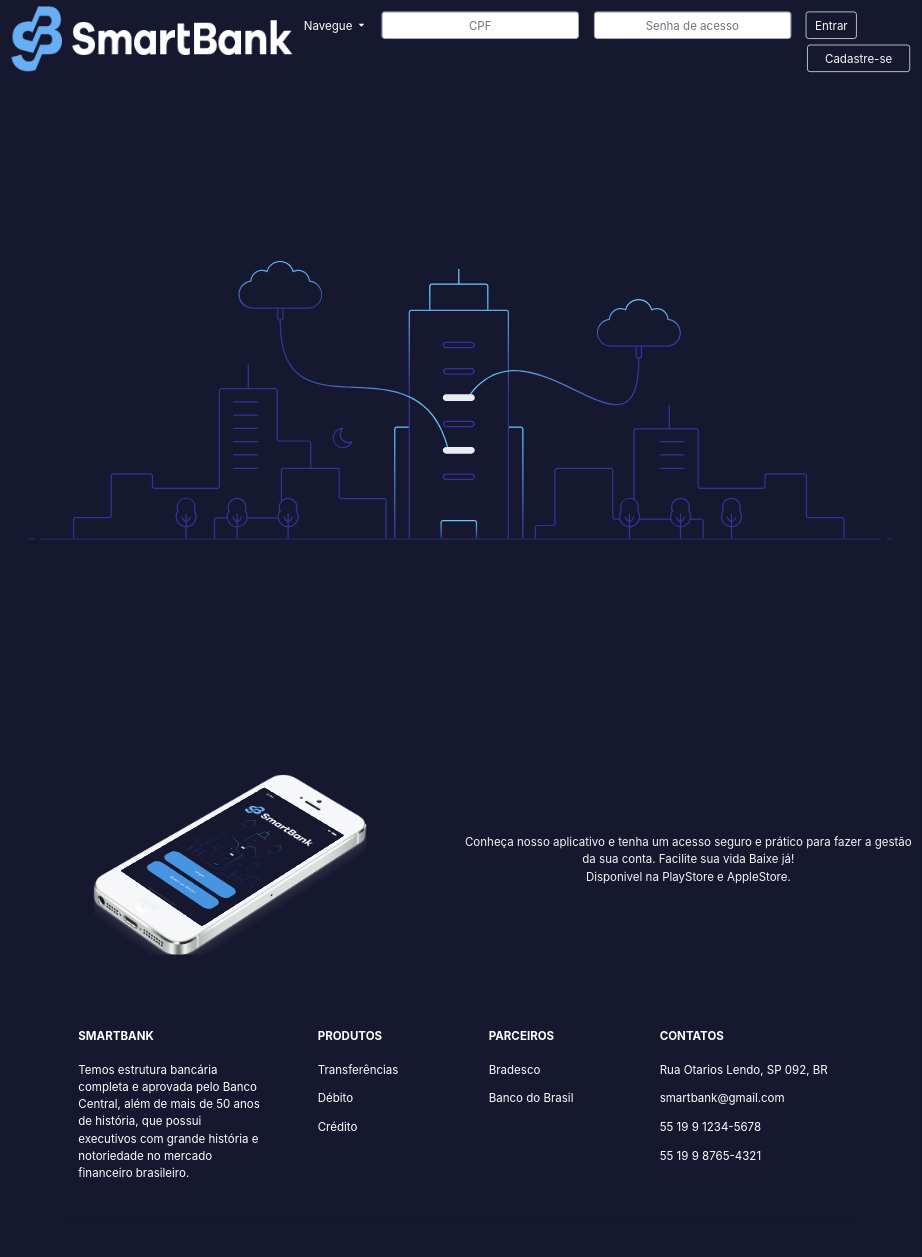
Repository: davitolentino/Mini-Projeto-SmartBank
Page: http://localhost/SmartBank/home.jsp
The author's editor kept a copy of each file at every save. The page is drawn from the files as they stood at one save, then again after the next save.
The browser window is 1280 px wide. The pictures show the whole page, at 72% of full size.
The page is served by Tomcat 9.

Above is the page before, as saved 2020-03-04 13:22:04.

After the next save:
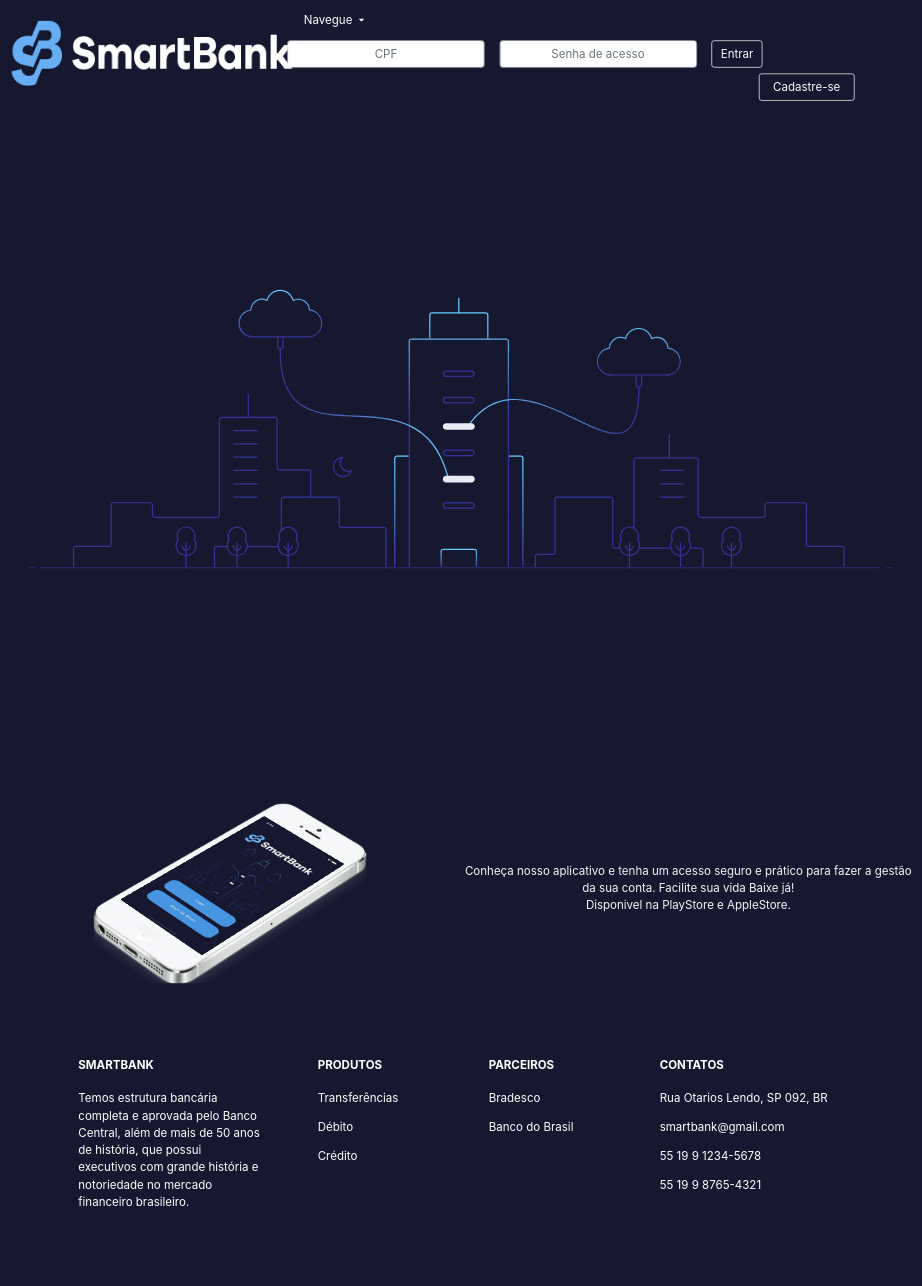
Saved 32 s later.
--- a/frontend/SmartBank/WebContent/home.jsp
+++ b/frontend/SmartBank/WebContent/home.jsp
@@ -333,7 +333,7 @@
 							</div>
 						</div>
 					</div>
-
+					<div class="row">
 					<div>
 						<%if(whois.equals("{\"nobody\":"+nb+"}")){ %>
 							<form method="post" action="#">
@@ -354,6 +354,7 @@
 					<%if(whois.equals("{\"nobody\":"+nb+"}")){ %>
 					<button type="button" class="btn btn-outline-light form-control ml-auto col-2" data-toggle="modal" data-target="#ModalCadastro" id="Letreiro">Cadastre-se</button>
 					<%} %>
+					</div>
 				</div>
 			</div>
 		</nav>

After the save that followed:
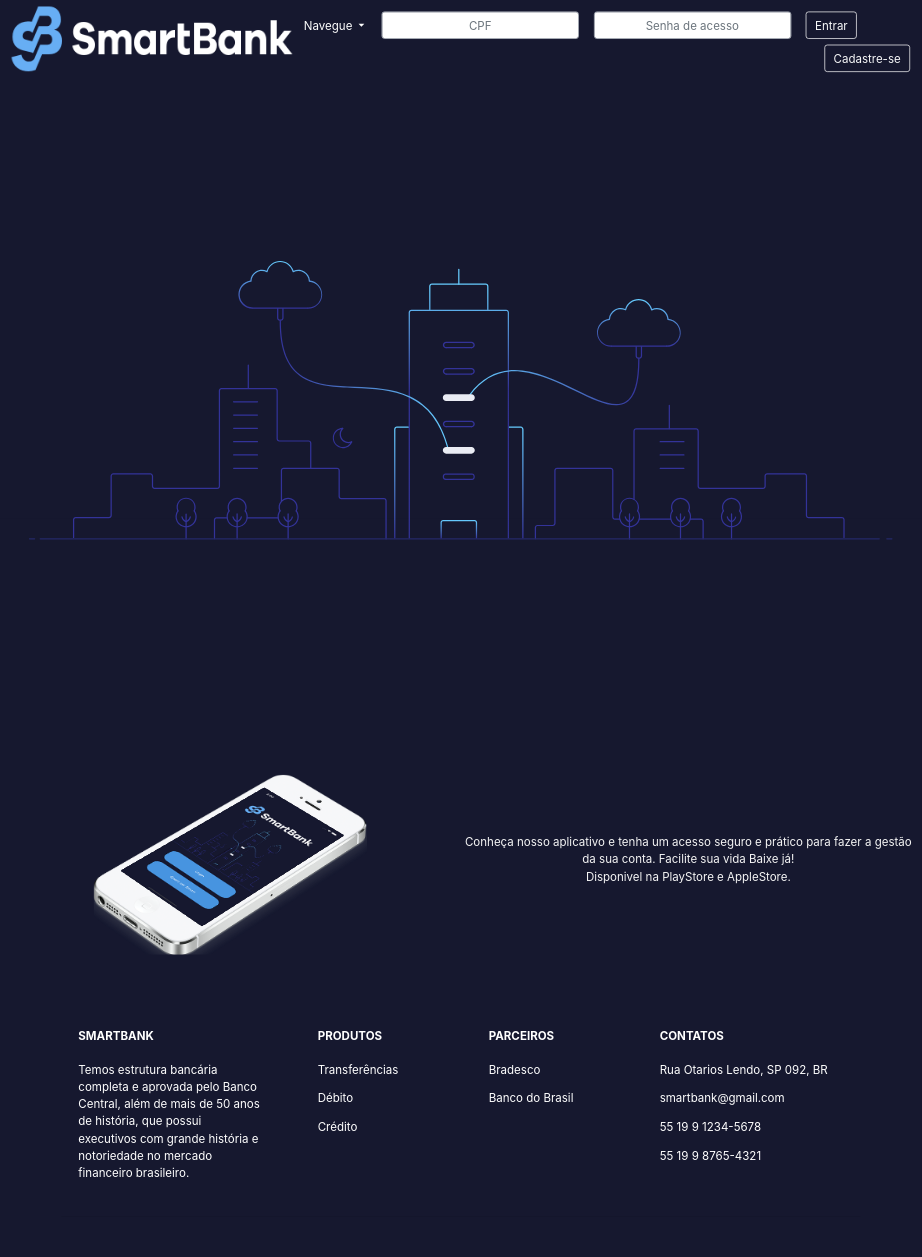
Saved 24 s later.
--- a/frontend/SmartBank/WebContent/home.jsp
+++ b/frontend/SmartBank/WebContent/home.jsp
@@ -333,7 +333,7 @@
 							</div>
 						</div>
 					</div>
-					<div class="row">
+
 					<div>
 						<%if(whois.equals("{\"nobody\":"+nb+"}")){ %>
 							<form method="post" action="#">
@@ -352,9 +352,8 @@
 						<%} %>
 					</div>
 					<%if(whois.equals("{\"nobody\":"+nb+"}")){ %>
-					<button type="button" class="btn btn-outline-light form-control ml-auto col-2" data-toggle="modal" data-target="#ModalCadastro" id="Letreiro">Cadastre-se</button>
+					<button type="button" class="btn btn-outline-light form-control ml-auto" data-toggle="modal" data-target="#ModalCadastro" id="Letreiro">Cadastre-se</button>
 					<%} %>
-					</div>
 				</div>
 			</div>
 		</nav>
